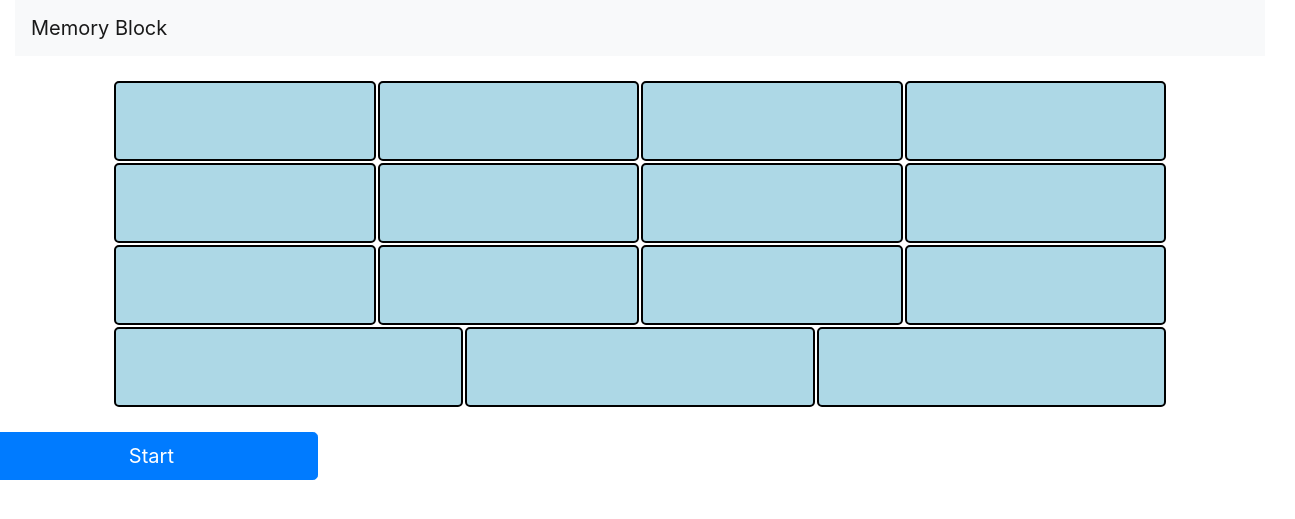
Repository: chrisrees85/memory-block
Page: easy.html
The author's editor kept a record of every edit. The page is drawn from the files as they stood at one moment, then again after the next edit.
The browser window is 1280 px wide. The page is 1295 px wide, so the pictures cover 1295 px, including what lies to the right of the window. The pictures show the whole page.

Above is the page before.

### easy.html
<!DOCTYPE html>
<html lang="en">

<head>
    <meta charset="UTF-8">
    <meta name="viewport" content="width=device-width, initial-scale=1.0">
    <meta http-equiv="X-UA-Compatible" content="ie=edge">
    <title>Memory Block</title>
    <link rel="stylesheet" href="https://stackpath.bootstrapcdn.com/bootstrap/4.3.1/css/bootstrap.min.css" integrity="sha384-ggOyR0iXCbMQv3Xipma34MD+dH/1fQ784/j6cY/iJTQUOhcWr7x9JvoRxT2MZw1T" crossorigin="anonymous">
    <link rel="stylesheet" href="assets/css/style.css" type="text/css" />
</head>

<body>
    <div class="container-fluid">
        <nav class="navbar navbar-light bg-light">
            <a class="navbar-brand" href="index.html">Memory Block</a>
        </nav>
    </div>
    </br>
        <div class="board">
            <div class="row">
                <div class="col tiles"></div>
                <div class="col tiles"></div>
                <div class="col tiles"></div>
                <div class="col tiles"></div>
            </div>
            <div class="row">
                <div class="col tiles"></div>
                <div class="col tiles"></div>
                <div class="col tiles"></div>
                <div class="col tiles"></div>

            </div>
            <div class="row">
                <div class="col tiles"></div>
                <div class="col tiles"></div>
                <div class="col tiles"></div>
                <div class="col tiles"></div>

            </div>
            <div class="row">
                <div class="col tiles"></div>
                <div class="col tiles"></div>
                <div class="col tiles"></div>
            </div>
        </div>
        </br>
        <div class="row">

            <div id="btn"></div>

        </div>
    </div>

    <div class="modal fade" id="exampleModal" tabindex="-1" role="dialog" aria-labelledby="exampleModalLabel" aria-hidden="true">
        <div class="modal-dialog" role="document">
            <div class="modal-content">
                <div class="modal-header">
                    <h5 class="modal-title" id="modal-head"></h5>
                    <button type="button" class="close" data-dismiss="modal" aria-label="Close">
          <span aria-hidden="true">&times;</span>
        </button>
                </div>
                <div class="modal-body" id='modal-text'>
                </div>
                <div class="modal-footer" id="modal-btn">
                    <button  type="button" class="btn btn-secondary" data-dismiss="modal">Try Again</button>
                </div>
            </div>
        </div>
    </div>


    <script src="https://code.jquery.com/jquery-3.3.1.slim.min.js" integrity="sha384-q8i/X+965DzO0rT7abK41JStQIAqVgRVzpbzo5smXKp4YfRvH+8abtTE1Pi6jizo" crossorigin="anonymous"></script>
    <script src="https://cdnjs.cloudflare.com/ajax/libs/popper.js/1.14.7/umd/popper.min.js" integrity="sha384-UO2eT0CpHqdSJQ6hJty5KVphtPhzWj9WO1clHTMGa3JDZwrnQq4sF86dIHNDz0W1" crossorigin="anonymous"></script>
    <script src="https://stackpath.bootstrapcdn.com/bootstrap/4.3.1/js/bootstrap.min.js" integrity="sha384-JjSmVgyd0p3pXB1rRibZUAYoIIy6OrQ6VrjIEaFf/nJGzIxFDsf4x0xIM+B07jRM" crossorigin="anonymous"></script>
    <script type="text/javascript" src="assets/js/scripts.js"></script>
</body>

</html>

### assets/css/style.css
*{
  padding: 0;
  margin: 0;
  box-sizing: border-box;
}

.center{
    text-align: center;
}

.board{
  width:80vw;
  margin: auto;
}

.tiles{
  background-color: lightblue;
  height:80px;
  border:2px solid black;
  border-radius: 5px;
  margin:1px;
}

.btn-right{
  float:right;
}

#btn,
#play-btn{
  width:26vw;
}

### assets/js/scripts.js
let tiles = Array.from(document.querySelectorAll('.tiles'));
let buttonDiv = document.getElementById('btn');
let tilesLength = tiles.length;
let score = 0;

// First function of the play button

function startButton() {
    buttonDiv.innerHTML = '<button type="button" class="btn btn-primary btn-lg" id="play-btn" onclick="onClick();">Start</button>';
}
startButton();

// Function performs when first button function is pressed

function onClick() {
    // Renders the button inactive so the user can't keep calling onClick function
    buttonDiv.innerHTML = '<button type="button" class="btn btn-primary btn-lg" id="play-btn">Timer Started</button>';

    // Countdown timer shown in the button text
    // Once time is up the buttons function changes to check users attempt
    let timeleft = 5;
    let countdownTimer = setInterval(function() {
        buttonDiv.innerHTML = '<button type="button" class="btn btn-primary btn-lg" id="play-btn"></button>';
        document.getElementById('play-btn').textContent = timeleft;
        timeleft -= 1;
        if (timeleft < 0) {
            clearInterval(countdownTimer);
            buttonDiv.innerHTML = '<button type="button" class="btn btn-primary btn-lg" id="play-btn" onclick="checkAttempt();" data-toggle="modal" data-target="#exampleModal">Check</button>';
        }
    }, 1000);

    // Shuffles the tiles array into a random order
    let i = tilesLength,
        rand, temp;
    while (--i > 0) {
        rand = Math.floor(Math.random() * (i + 1));
        temp = tiles[rand];
        tiles[rand] = tiles[i];
        tiles[i] = temp;
    }

    // Selects half of the shuffled array and adds the color class
    let bottomHalfTiles = tiles.slice(tilesLength / 2, tilesLength);
    bottomHalfTiles.forEach(function(i) {
        i.classList += (' green');
    });

    // Replaces the color class with an unused class after 6 seconds
    function clearBoard() {
        bottomHalfTiles.map(function(i) {
            i.classList.replace('green', 'in-play');
        });
    }
    setTimeout(clearBoard, 6000);
    console.log(tiles);

    // Activates the users ability to click and change the block color 6 seconds after the start button is pressed
    function allowUserClick() {
        tiles.forEach(function(i) {
            i.addEventListener('click', tileClicked);
        });

        function tileClicked() {
            this.classList.toggle('green');
        }
    }
    setTimeout(allowUserClick, 6000);
}


// Function checks the users answers on clicking the check button and displays a modal
function checkAttempt() {
    let modalBtn = document.getElementById('modal-btn');

    // Loops through the tiles array and increments 1 to the score if a condition is true
    function checkClasses() {
        tiles.forEach(function(it) {
            if ((it.classList.contains('in-play')) && (it.classList.contains('green'))) {
                score++;
            }
            else if ((it.classList.contains('tiles')) && (it.classList.contains('green')) && !(it.classList.contains('in-play'))) {
                score = tilesLength;
            }
        });
    }
    checkClasses();

    // Modal either gives a yes or no answer as to whether the user has succeeded
    if (score == tilesLength / 2) {
        document.getElementById('modal-head').textContent = ('CONGRATULATIONS');
        document.getElementById('modal-text').textContent = ('Your memory served you well');
        modalBtn.innerHTML = '<button type="button" class="btn btn-secondary" onclick="location.reload();">Play Again</button>';
    }else {
        document.getElementById('modal-head').textContent = ('OOPS, SORRY');
        document.getElementById('modal-text').textContent = ('Would you like to try again or Start New Game');
        modalBtn.innerHTML = '<button type="button" class="btn btn-secondary" data-dismiss="modal" onclick="reveal();">Reveal</button>';
    }
    // resets the score to 0 to keep the users attempt accurate
    score = 0;
}

function reveal(){
    revealStageTwo
    tiles.forEach(function(it){
        it.classList.remove('green');
    });
}

After the next edit:
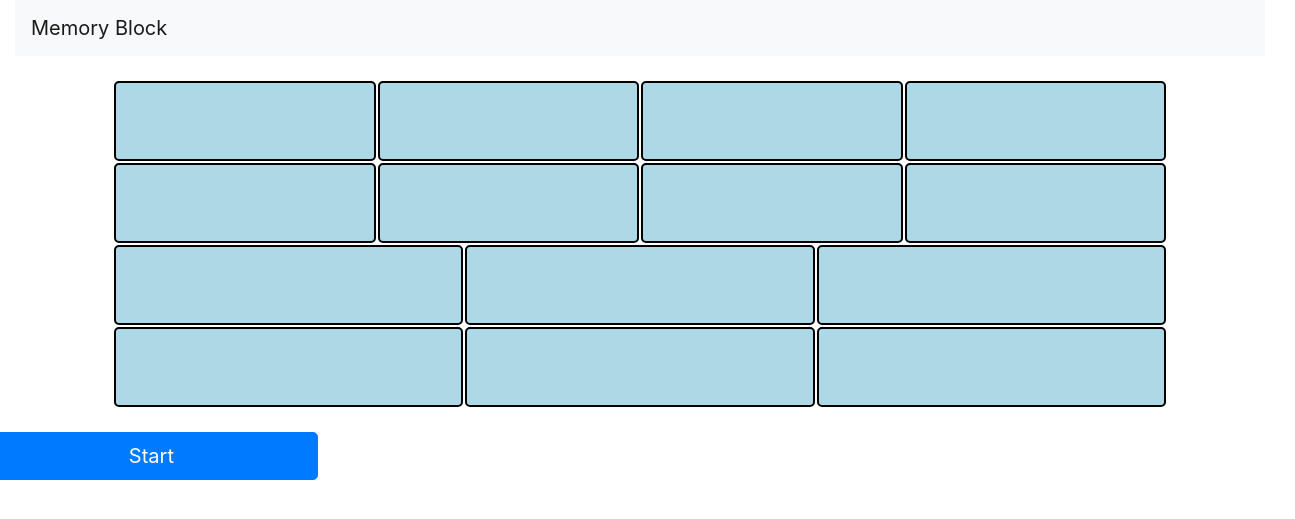
The edit:
--- a/easy.html
+++ b/easy.html
@@ -35,8 +35,6 @@
                 <div class="col tiles"></div>
                 <div class="col tiles"></div>
                 <div class="col tiles"></div>
-                <div class="col tiles"></div>
-
             </div>
             <div class="row">
                 <div class="col tiles"></div>
